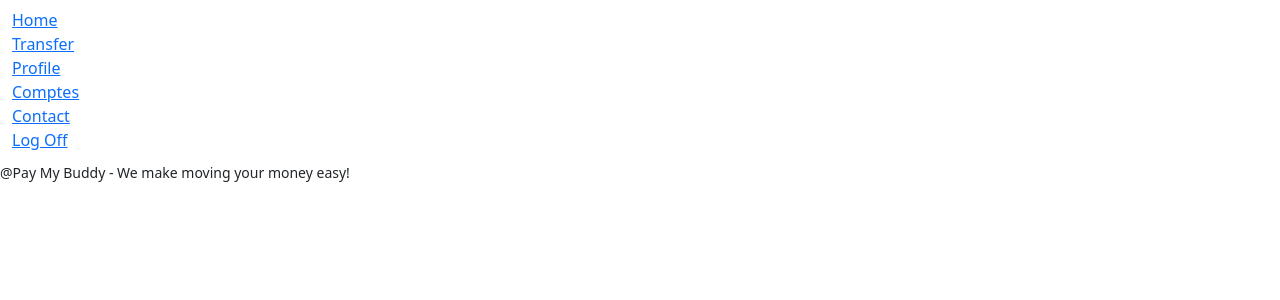
Repository: Am-BOUK/paymybuddy
Page: http://localhost/index
The author's editor kept a copy of each file at every save. The page is drawn from the files as they stood at one save, then again after the next save.
The browser window is 1280 px wide. The pictures show the whole page.
The page is this project's Thymeleaf template; nobody is signed in. The template is opened directly, without the code that normally fills it, so the values that code supplies are empty.

Above is the page before, as saved 2021-12-15 18:08:20.

### PayMyBuddy/src/main/resources/templates/index.html
<!DOCTYPE html>
<html xmlns:th="http://www.thymleaf.org"
	xmlns:layout="http://www.ultraq.net.nz/thymeleaf/layout">
<head>
<meta charset="utf-8">
<title>Ma banque</title>
<link
	href="https://cdn.jsdelivr.net/npm/bootstrap@5.1.3/dist/css/bootstrap.min.css"
	rel="stylesheet"
	integrity="sha384-1BmE4kWBq78iYhFldvKuhfTAU6auU8tT94WrHftjDbrCEXSU1oBoqyl2QvZ6jIW3"
	crossorigin="anonymous">
<script
	src="https://cdn.jsdelivr.net/npm/bootstrap@5.1.3/dist/js/bootstrap.min.js"
	integrity="sha384-QJHtvGhmr9XOIpI6YVutG+2QOK9T+ZnN4kzFN1RtK3zEFEIsxhlmWl5/YESvpZ13"
	crossorigin="anonymous"></script>
</head>
<body>
	<header>
		<div class="navbar navbar-inverse">
			<div class="container-fluid">
				<ul class="navbar-nav">
					<li><a th:href='@{/home}'>Home</a></li>
					<li><a th:href='@{/operations}'>Transfer</a></li>
					<li><a th:href='@{/profile}'>Profile</a></li>
					<li><a th:href='@{/comptes}'>Comptes</a></li>
					<li><a th:href='@{/contact}'>Contact</a></li>
					<li><a th:href='@{/logOff}'>Log Off</a></li>
				</ul>
			</div>
		</div>
	</header>
	<section layout:fragment="content"></section>
	<footer class="navbar-fixed-bottom">
		<small>@Pay My Buddy - We make moving your money easy!</small>
	</footer>
</body>
</html>

After the next save:
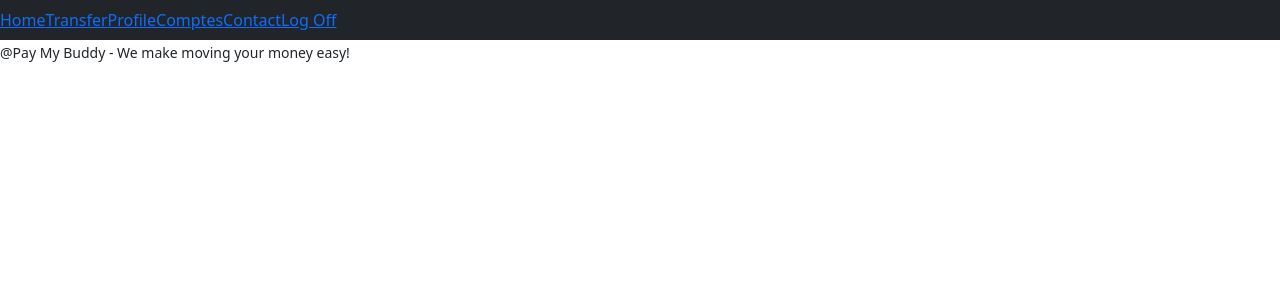
Saved 56 s later.
--- a/PayMyBuddy/src/main/resources/templates/index.html
+++ b/PayMyBuddy/src/main/resources/templates/index.html
@@ -16,8 +16,8 @@
 </head>
 <body>
 	<header>
-		<div class="navbar navbar-inverse">
-			<div class="container-fluid">
+		<nav class="navbar navbar-expand-sm bg-dark navbar-dark">
+
 				<ul class="navbar-nav">
 					<li><a th:href='@{/home}'>Home</a></li>
 					<li><a th:href='@{/operations}'>Transfer</a></li>
@@ -26,8 +26,8 @@
 					<li><a th:href='@{/contact}'>Contact</a></li>
 					<li><a th:href='@{/logOff}'>Log Off</a></li>
 				</ul>
-			</div>
-		</div>
+
+		</nav>
 	</header>
 	<section layout:fragment="content"></section>
 	<footer class="navbar-fixed-bottom">
